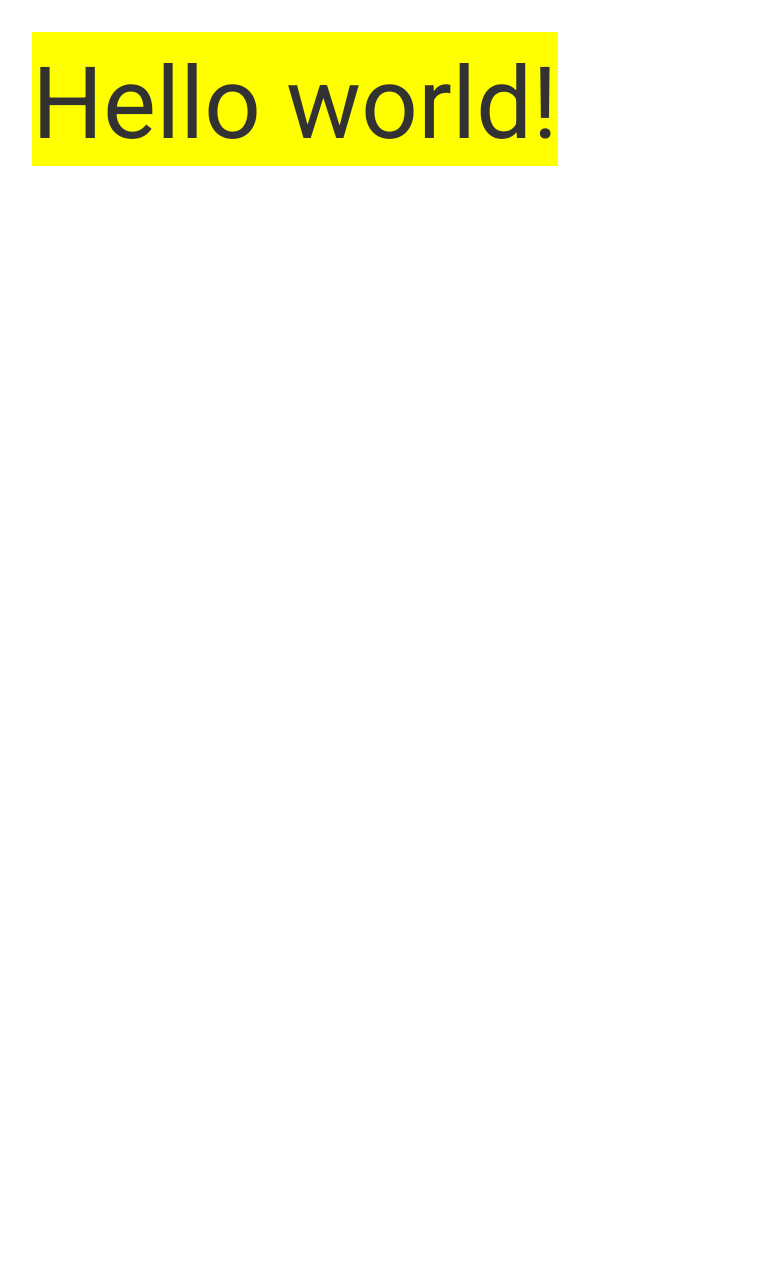
Repository: founderzhl/MarsAndroid
Layout: S01_E08_SP/res/layout/activity_main.xml
These files come from the project's save history. The layout is drawn as it stood at one moment and after the next save; the edit follows.
It is drawn on a 768 x 1280 px phone screen (xhdpi) without system bars, with theme AppTheme; the app's code is not run.

Above is the layout before, as saved 2015-01-13 17:05:37.

After the next save:
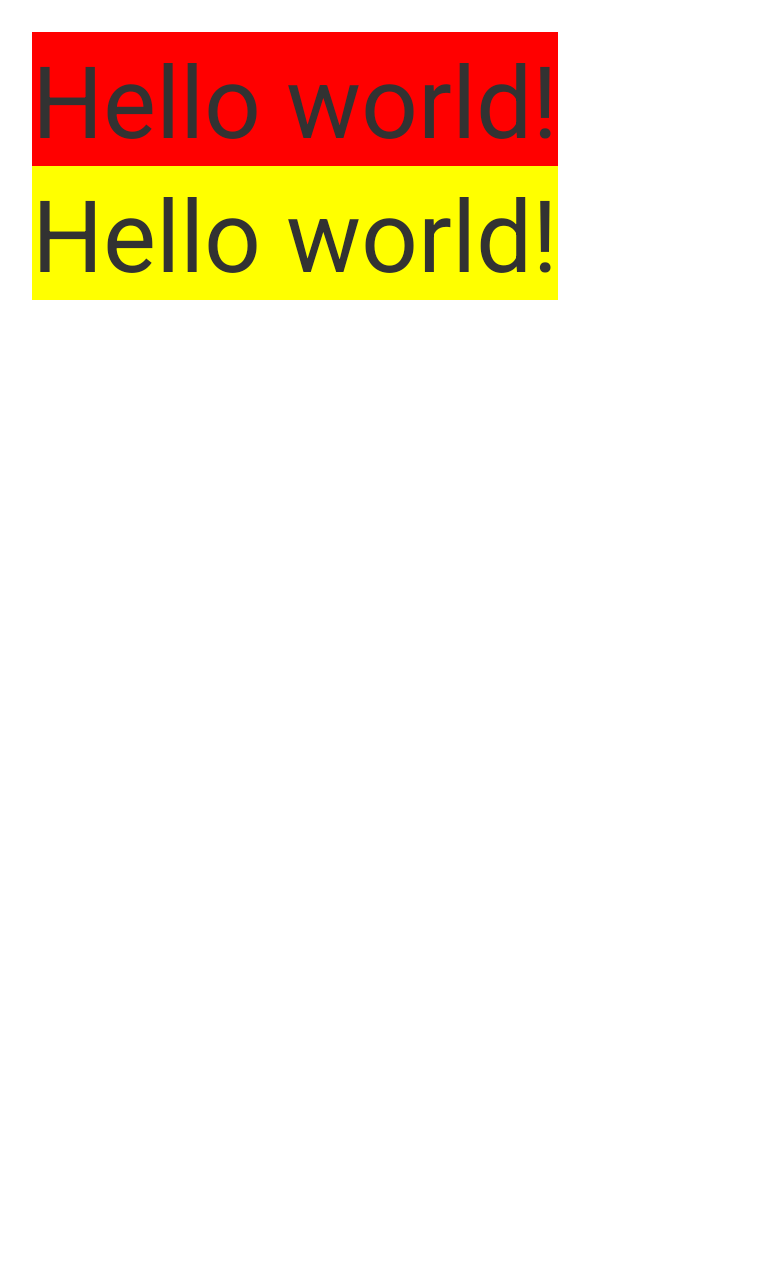
Saved 2 min 35 s later.
--- a/S01_E08_SP/res/layout/activity_main.xml
+++ b/S01_E08_SP/res/layout/activity_main.xml
@@ -1,4 +1,4 @@
-<RelativeLayout xmlns:android="http://schemas.android.com/apk/res/android"
+<LinearLayout xmlns:android="http://schemas.android.com/apk/res/android"
     xmlns:tools="http://schemas.android.com/tools"
     android:layout_width="match_parent"
     android:layout_height="match_parent"
@@ -23,4 +23,4 @@
         android:textSize="50sp"
         android:text="@string/hello_world" />
 
-</RelativeLayout>
+<LinearLayout>
